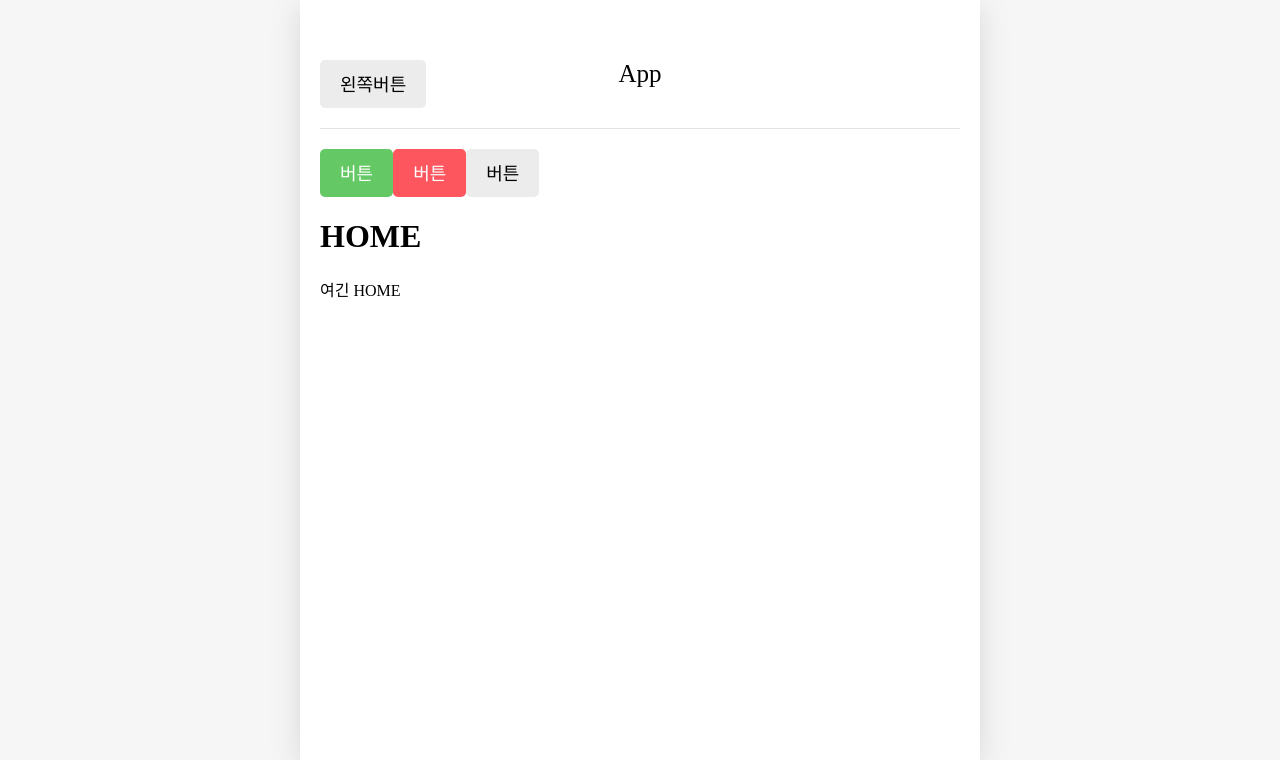
Repository: shinyoungjei/ReactStudy
Page: /
An editor plug-in stored every save of this project. The page is shown before and after the next save, followed by the edit.
The browser window is 1280 px wide. The pictures show the whole page.
Some web fonts or font styles are not loaded; a fallback is used. The project was rebuilt for these pictures with package versions that can differ from the ones it lists, and the page was loaded fresh each time. Also part of the build but not shown: src/pages/Diary.js, src/pages/Edit.js, src/pages/New.js.

Above is the page before, as saved 2022-07-16 01:03:10.

After the next save:
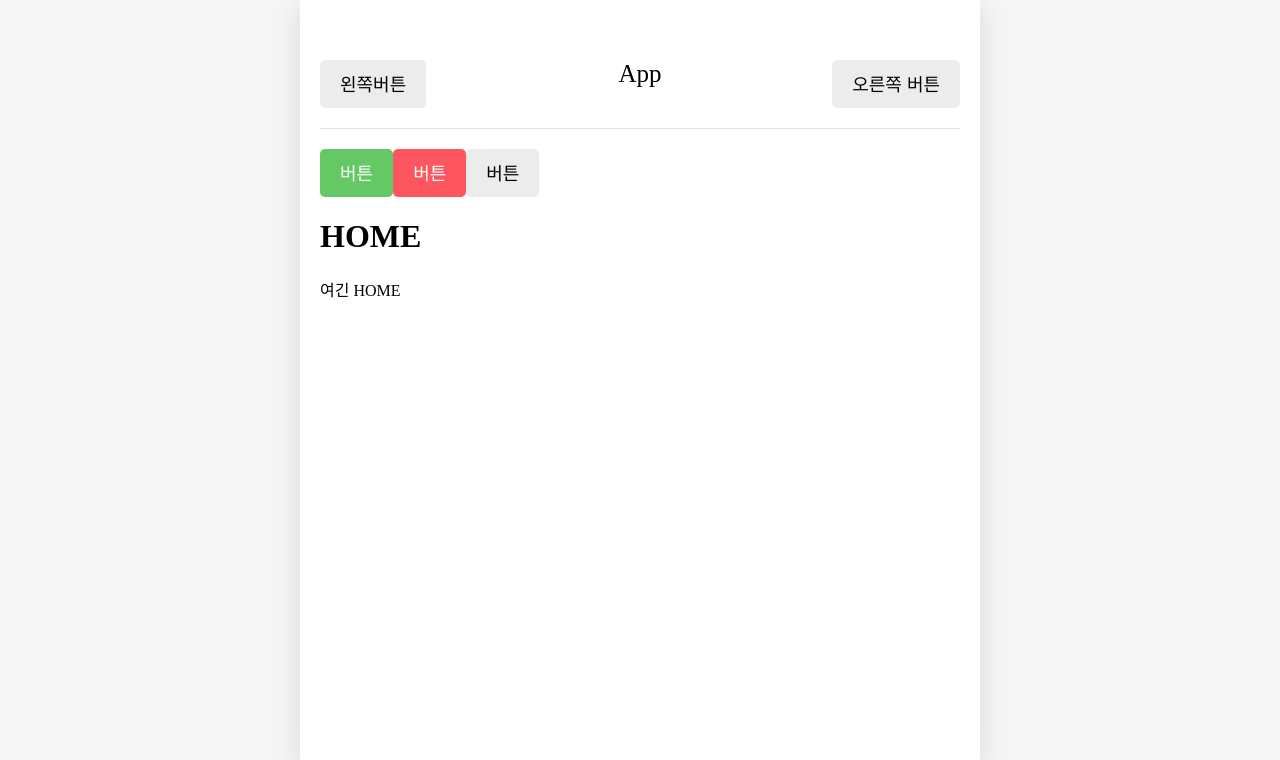
Saved 1 s later.
--- a/src/App.js
+++ b/src/App.js
@@ -27,6 +27,14 @@ function App() {
               text={"왼쪽버튼"}
               onClick={() => {
                 alert("왼쪽클릭");
+              }}
+            />
+          }
+          rightChild={
+            <MyButton
+              text={"오른쪽 버튼"}
+              onClick={() => {
+                alert("오른쪽클릭");
               }}
             />
           }
